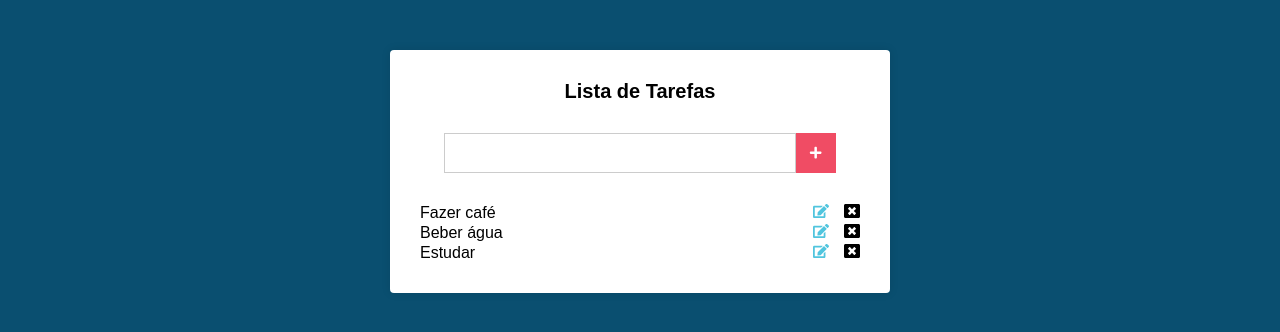
Repository: FellipeMiguel/lista-de-tarefas
Page: /
These files come from the project's save history. The page is drawn as it stood at one moment and after the next save; the edit follows.
The browser window is 1280 px wide. The pictures show the whole page.
The project was rebuilt for these pictures with package versions that can differ from the ones it lists, and the page was loaded fresh each time.

Above is the page before, as saved 2023-06-14 23:47:13.

### src/index.js
import React from "react"
import ReactDOM from "react-dom/client"

import App from "./App"

const root = ReactDOM.createRoot(document.getElementById("root"))
root.render(
  <React.StrictMode>
    <App />
  </React.StrictMode>,
)

### src/App.js
import Main from './components/Main'
import './App.css'

function App() {
  return <Main />
}

export default App

### src/components/Main.js
import React, { Component } from 'react'

// Form
import { FaPlus } from 'react-icons/fa'

// Tasks
import { FaEdit, FaWindowClose } from 'react-icons/fa'

import './Main.css'

export default class Main extends Component {
  state = {
    newTask: '',
    tasks: ['Fazer café', 'Beber água', 'Estudar'],
  }

  handleChange = (e) => {
    this.setState({ newTask: e.target.value })
  }

  render() {
    const { newTask, tasks } = this.state

    return (
      <div className="main">
        <h1>Lista de Tarefas</h1>

        <form action="#" className="form">
          <input value={newTask} onChange={this.handleChange} type="text" />
          <button type="submit">
            <FaPlus />
          </button>
        </form>

        <ul className="tasks">
          {tasks.map((task) => (
            <li key={task}>
              {task}
              <div>
                <FaEdit className="edit" />
                <FaWindowClose className="delete" />
              </div>
            </li>
          ))}
        </ul>
      </div>
    )
  }
}

### src/components/Main.css
.main {
  background: #fff;
  padding: 30px;
  margin: 50px auto;
  max-width: 500px;
  border-radius: 4px;
  box-shadow: 0 0 10px rgba(0, 0, 0, 0.1);
}

.main h1 {
  font-size: 20px;
  text-align: center;
}

.form {
  margin-top: 30px;
  display: flex;
  align-items: center;
  justify-content: center;
}

.form input[type="text"] {
  height: 40px;
  padding: 0 20px;
  font-size: 20px;
  border: 1px solid #ccc;
  min-width: 80%;
}

.form button[type="submit"] {
  border: none;
  height: 40px;
  width: 40px;
  background: #f04c64;
  color: #fff;
  display: flex;
  align-items: center;
  justify-content: center;
}

.tasks {
  margin-top: 30px;
}

.tasks li {
  display: flex;
  align-items: center;
  justify-content: space-between;
}

.tasks li .edit {
  margin-right: 15px;
  color: #51c5de;
}

.tasks li.delete {
  color: #f04c64;
}

Loaded but not shown: public/index.html (common file); src/App.css (common file)

After the next save:
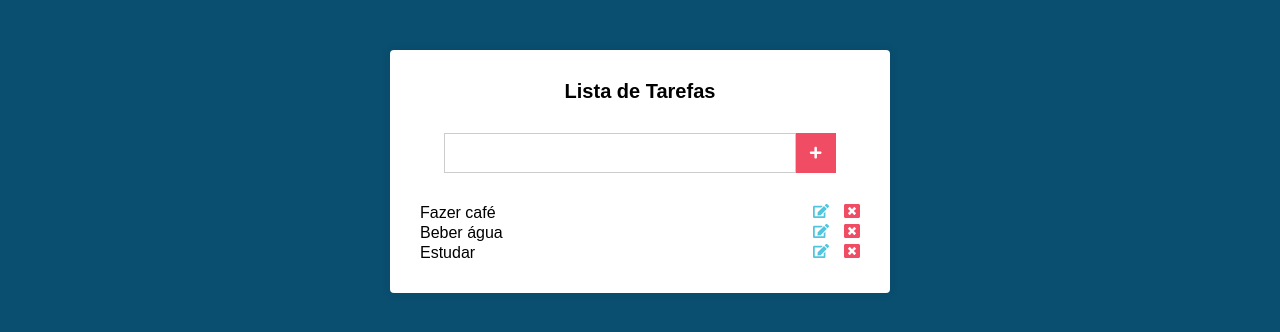
Saved 9 s later.
--- a/src/components/Main.css
+++ b/src/components/Main.css
@@ -53,6 +53,6 @@
   color: #51c5de;
 }
 
-.tasks li.delete {
+.tasks li .delete {
   color: #f04c64;
 }
